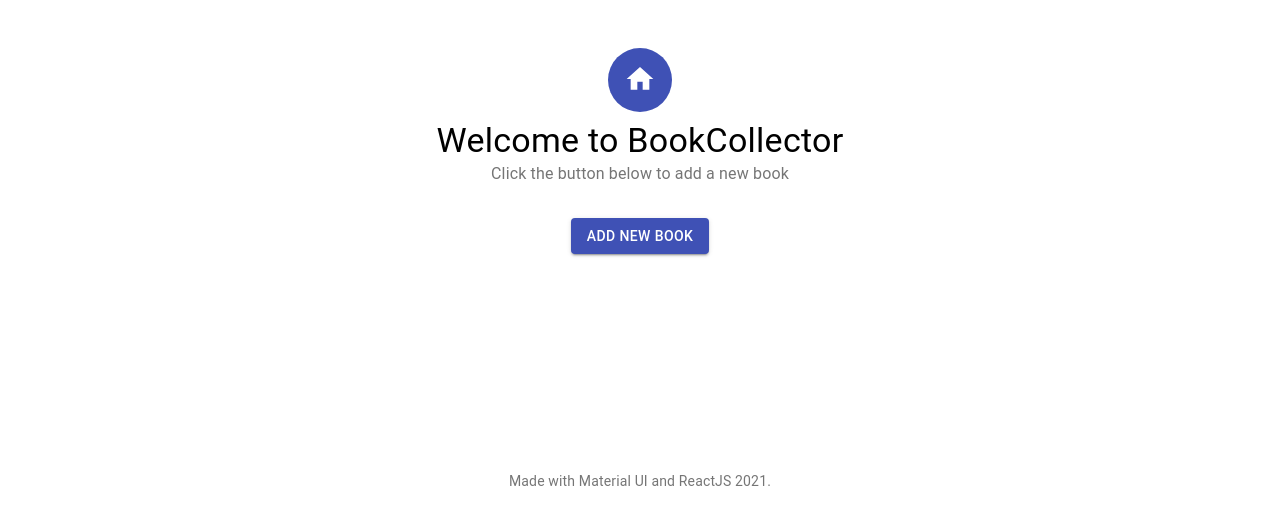
Repository: Colo-Codes/mini-project-react-book-collector
Page: /
An editor plug-in stored every save of this project. The page is shown before and after the next save, followed by the edit.
The browser window is 1280 px wide. The pictures show the whole page.
The project was rebuilt for these pictures with package versions that can differ from the ones it lists, and the page was loaded fresh each time. Also part of the build but not shown: src/Books/AddBookForm.js, src/Books/BooksGridItem.js.

Above is the page before, as saved 2021-08-25 14:16:02.

### src/App.js
import React, { useState } from 'react';

import { Box, Button, Divider, makeStyles } from '@material-ui/core';
import { Home } from '@material-ui/icons';

import Copyright from './UI/Copyright';
import Header from './UI/Header';
import AddBookForm from './Books/AddBookForm';
import BooksGrid from './Books/BooksGrid';

const useStyles = makeStyles(theme => ({
  paper: {
    marginTop: theme.spacing(5),
    display: 'flex',
    flexDirection: 'column',
    alignItems: 'center',
  },
  icon: {
    color: 'white',
    width: theme.spacing(4),
    height: theme.spacing(4),
  },
  button: {
    marginTop: theme.spacing(4),
    marginBottom: theme.spacing(22),
  },
  footer: {
    marginV: theme.spacing(4),
  },
}));

function App() {
  const [showAddBookForm, setShowAddBookForm] = useState(false);
  const [bookList, setBookList] = useState('');

  const classes = useStyles();

  const addNewBookHandler = () => {
    setShowAddBookForm(true);
  }

  const hideFormHandler = () => {
    setShowAddBookForm(false);
  }

  // 'Lifting state up' function
  const newBookHandler = newBook => {
    setBookList(prevBook => [...prevBook, newBook]);
  }

  // 'Lifting state up' function
  const deleteBookHandler = bookId => {
    setBookList(prevBook => prevBook.filter(book => book.id !== bookId));
  }

  return (
    <React.Fragment>
      <header className={classes.paper}>
        {showAddBookForm && <AddBookForm onNewBook={newBookHandler} onHideForm={hideFormHandler} />} {/* Conditional Rendering */}
        {!showAddBookForm && <Header headerIcon={<Home className={classes.icon} />} headerContent={'Welcome to BookCollector'} textContent={'Click the button below to add a new book'} />} {/* Conditional Rendering */}
        {!showAddBookForm && <Button variant="contained" color="primary" onClick={addNewBookHandler} className={classes.button} >Add new book</Button>} {/* Conditional Rendering */}
        <Divider />
      </header>
      <main>
        <BooksGrid bookList={bookList} onDeleteBook={deleteBookHandler} />
      </main>
      <footer>
        <Box my={8}><Copyright /></Box>
      </footer>
    </React.Fragment>
  );
}

export default App;

### src/UI/Copyright.js
import { Typography } from "@material-ui/core";
import { Link } from "@material-ui/core";

function Copyright() {
    return (
        <Typography variant="body2" color="textSecondary" align="center">
            {'Made with '}
            <Link color="inherit" href="https://material-ui.com/" target="_blank">
                Material UI
            </Link>{' and '}
            <Link color="inherit" href="https://reactjs.org/" target="_blank">
                ReactJS
            </Link>{' '}
            {new Date().getFullYear()}
            {'.'}
        </Typography>
    );
}

export default Copyright;

### src/UI/Header.js
import { Avatar, Typography, makeStyles } from "@material-ui/core";

const useStyles = makeStyles(theme => ({
    paper: {
        display: 'flex',
        flexDirection: 'column',
        alignItems: 'center',
    },
    avatar: {
        margin: theme.spacing(1),
        width: theme.spacing(8),
        height: theme.spacing(8),
        backgroundColor: theme.palette.primary.main,
    },
    lightGray: {
        color: theme.palette.text.secondary,
    },
}));

const Header = props => {
    const classes = useStyles();

    return (
        <div className={classes.paper}>
            <Avatar className={classes.avatar}>
                <div className={classes.icon}>{props.headerIcon}</div>
            </Avatar>
            <Typography variant="h4" component="h2">{props.headerContent}</Typography>
            <Typography variant="body1" className={classes.lightGray}>{props.textContent}</Typography>
        </div>
    );
}

export default Header;

### src/Books/BooksGrid.js
import { Container, Grid } from '@material-ui/core';

import BooksGridItem from './BooksGridItem';

const BooksGrid = props => {

    return (
        <Container>
            <Grid container spacing={3} direction="row"
                justifyContent="center"
                alignItems="stretch">
                {props.bookList.length > 0 && props.bookList.map(bookItem =>
                    <BooksGridItem key={bookItem.id} id={bookItem.id} title={bookItem.title} author={bookItem.author} onDelete={props.onDeleteBook} />
                )}
            </Grid>
        </Container>
    );
}

export default BooksGrid;

Loaded but not shown: public/index.html (common file); src/index.js (common file); src/index.css (common file)

After the next save:
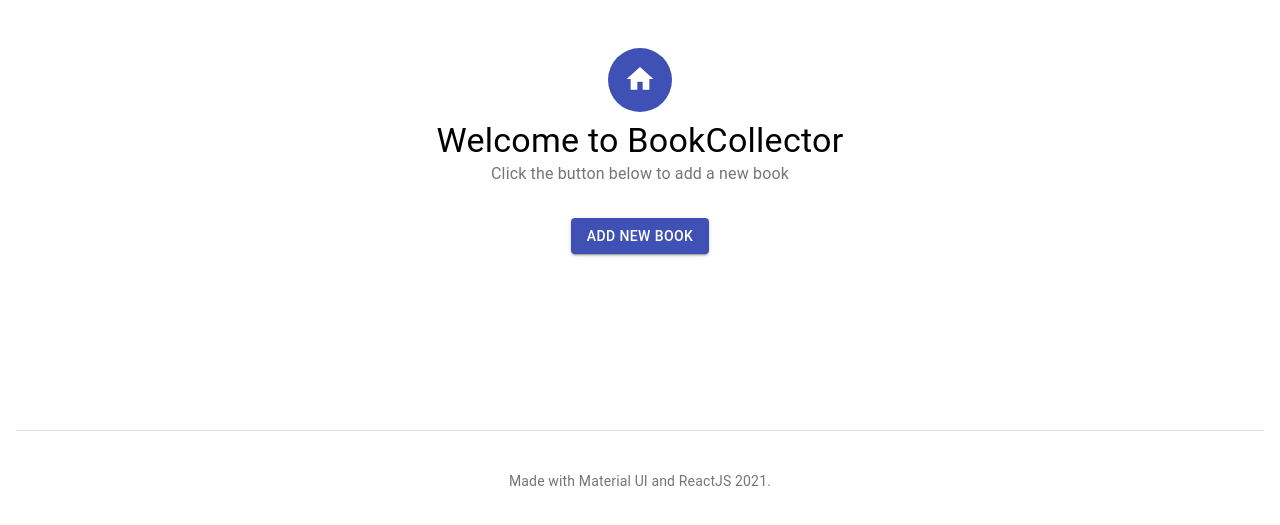
Saved 6 s later.
--- a/src/App.js
+++ b/src/App.js
@@ -59,8 +59,8 @@ function App() {
         {showAddBookForm && <AddBookForm onNewBook={newBookHandler} onHideForm={hideFormHandler} />} {/* Conditional Rendering */}
         {!showAddBookForm && <Header headerIcon={<Home className={classes.icon} />} headerContent={'Welcome to BookCollector'} textContent={'Click the button below to add a new book'} />} {/* Conditional Rendering */}
         {!showAddBookForm && <Button variant="contained" color="primary" onClick={addNewBookHandler} className={classes.button} >Add new book</Button>} {/* Conditional Rendering */}
-        <Divider />
       </header>
+      <Divider variant="middle" />
       <main>
         <BooksGrid bookList={bookList} onDeleteBook={deleteBookHandler} />
       </main>
